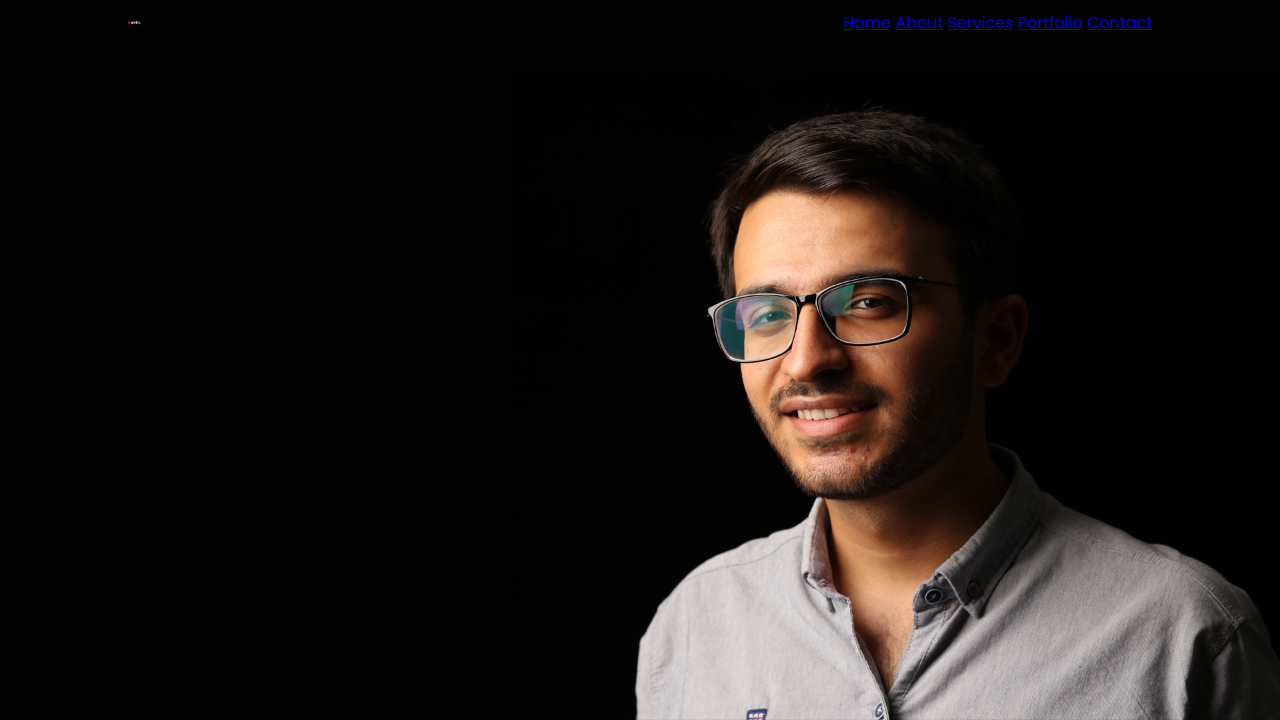
Repository: bryanbraide/Profile-card
Page: index.html
The author's editor kept a copy of each file at every save. The page is drawn from the files as they stood at one save, then again after a run of saves.
The browser window is 1280 px wide. The pictures show the whole page.

Above is the page before, as saved 2025-06-09 12:07:46.

### index.html
<!DOCTYPE html>
<html lang="en">

<head>
  <meta charset="UTF-8">
  <meta name="viewport" content="width=device-width, initial-scale=1.0">
  <title>Personal Portfolio - Bryan Braide </title>
  <link rel="stylesheet" href="style.css">
  <link href="https://fonts.googleapis.com/css2?family=Poppins&display=swap" rel="stylesheet">

</head>

<body>
  <div id="header">
    <div class="container">
      <nav>
        <img src="images/logo.png" class="logo">
        <ul>
          <li><a href="#">Home</a></li>
          <li><a href="#">About</a></li>
          <li><a href="#">Services</a></li>
          <li><a href="#">Portfolio</a></li>
          <li><a href="#">Contact</a></li>
        </ul>
      </nav>
    </div>
  </div>

</body>

</html>

### style.css
* {
  margin: 0;
  padding: 0;
  font-family: 'Poppins' , 'sans-serif';
  box-sizing: border-box;
}
body {
  background: #080808;
  color: #fff;
}
#header {
  width: 100%;
  height: 100vh;
  background-image: url("images/background.png");
  background-size: cover;
  background-position: center;
}
.container{
  padding: 10px 10%;
}

nav {
  display: flex;
  align-items: center;
  justify-content: space-between;
  flex-wrap: wrap;
}
.logo{
  width: 13px;
}

nav ul li {
  display: inline-block;
  list-style: ;
}

After the next 8 saves:
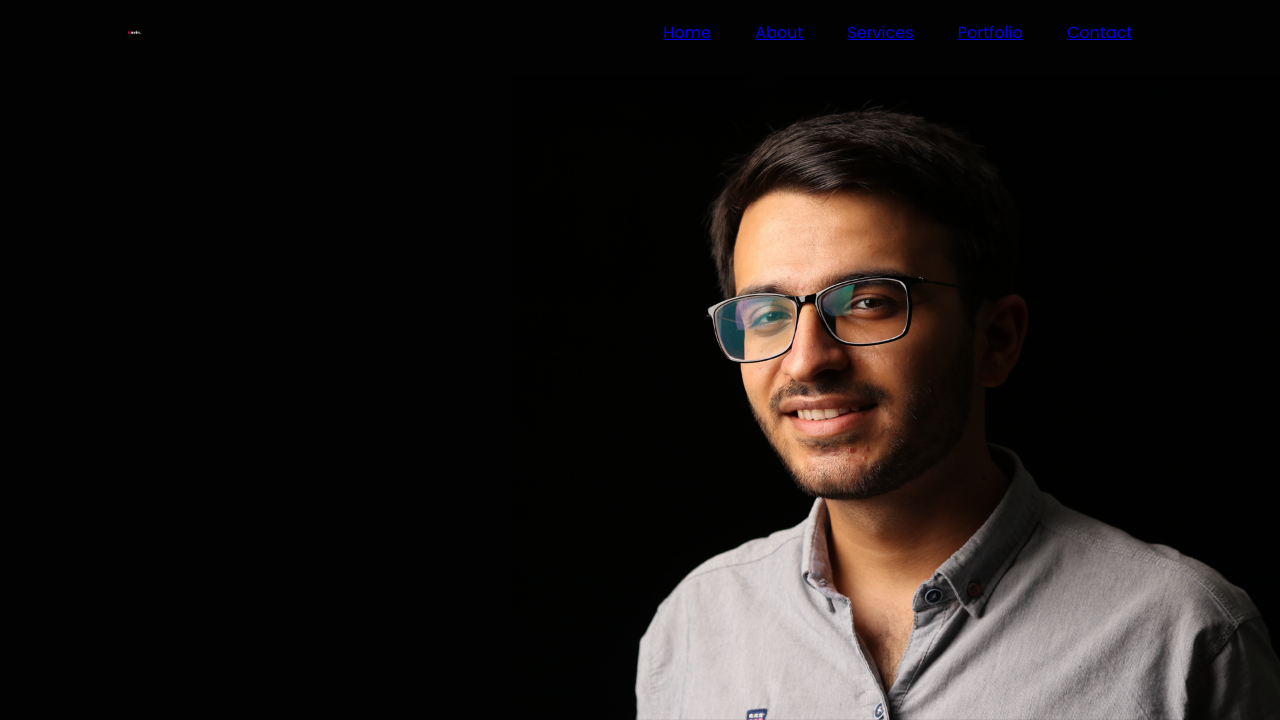
The 8 saves are shown as one change because they came seconds apart.
The last was saved 20 s later.
--- a/style.css
+++ b/style.css
@@ -31,5 +31,6 @@
 
 nav ul li {
   display: inline-block;
-  list-style: ;
+  list-style: none;
+  margin: 10px 20px;
 }
